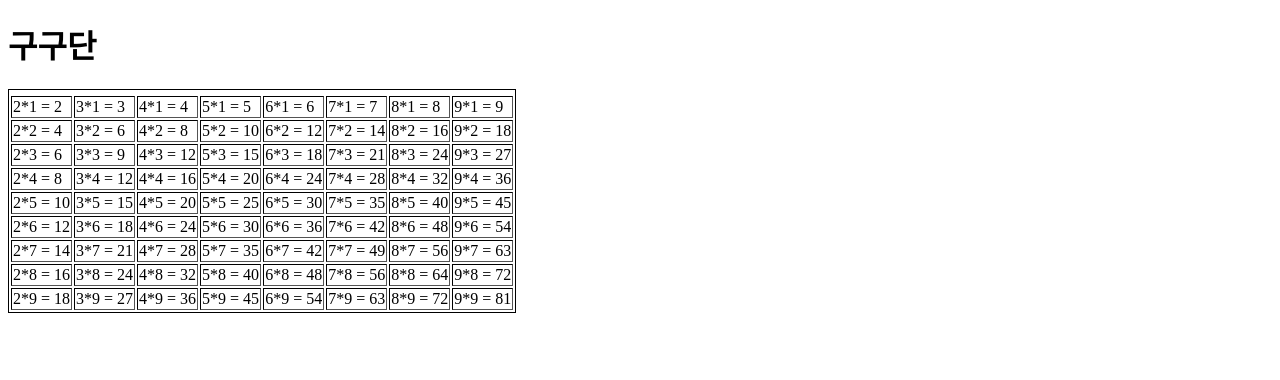
Repository: kkj68106810-dot/jsp2026
Page: http://localhost/chapter01/test02.jsp
These files come from the project's save history. The page is drawn as it stood at one moment and after the next save; the edit follows.
The browser window is 1280 px wide. The pictures show the whole page.
The page is served by Tomcat 9.

Above is the page before, as saved 2026-10-16 04:30:07.

### chapter01/src/main/webapp/test02.jsp
<%@ page language="java" contentType="text/html; charset=UTF-8"
    pageEncoding="UTF-8"%>
<!DOCTYPE html>
<html>
<head>
<meta charset="UTF-8">
<title>Insert title here</title>
<style>
	table {
		border: 1px solid black;
	}
</style>
</head>
<body>
<!-- 구구단 2단부터 9단까지 -->
	<h1>구구단</h1>
	<table border="1">
		<tr>
			<%
				for(int i = 2; i <=9; i++) { %>

			<%
				}
			%>
		</tr>
		<tr>
			<%	for(int i = 1; i <=9; i++){ %>
				<tr>
			<%	for(int j =2; j <=9; j++){ %>
			<td><%=j%>*<%=i%> = <%=i*j%></td>
			<% } %>
		</tr>
		<% } %>

	</table>



</body>
</html>

After the next save:
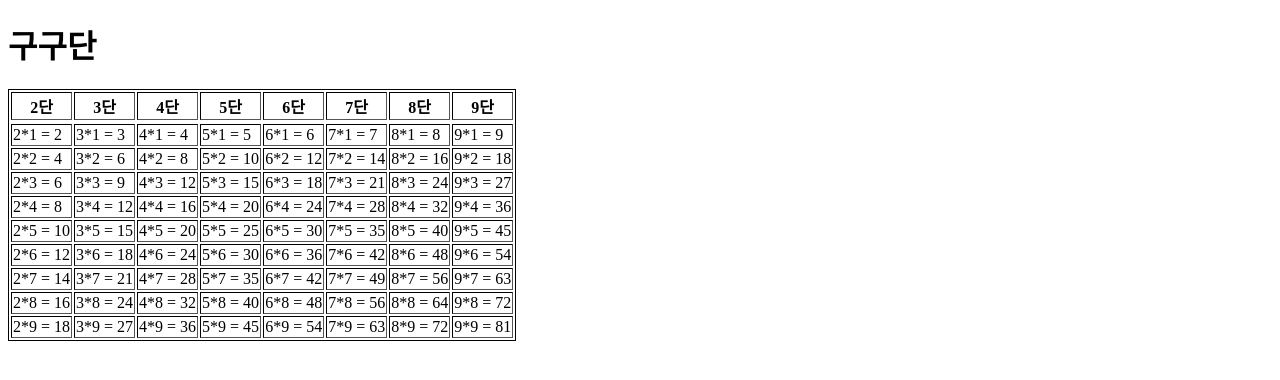
Saved 33 s later.
--- a/chapter01/src/main/webapp/test02.jsp
+++ b/chapter01/src/main/webapp/test02.jsp
@@ -18,7 +18,7 @@
 		<tr>
 			<%
 				for(int i = 2; i <=9; i++) { %>
-
+					<th><%= i %>단</th>
 			<%
 				}
 			%>
